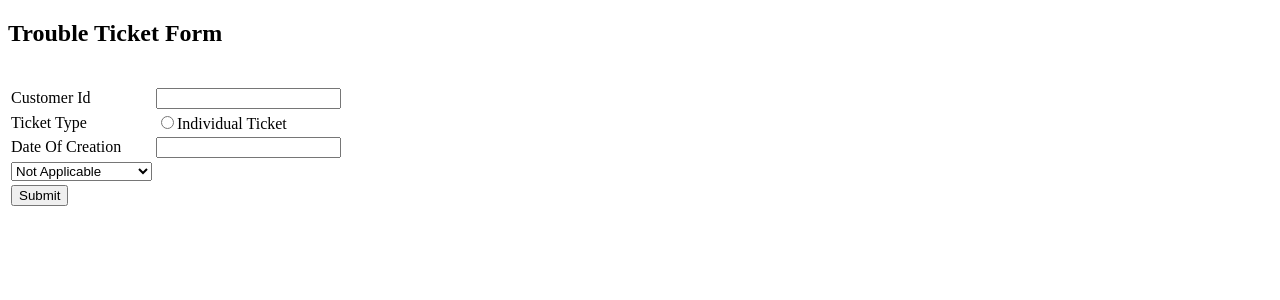
Repository: ApoorvaVeluri/JavaProject
Page: http://localhost/userinterface/Input.jsp
These files come from the project's save history. The page is drawn as it stood at one moment and after the next save; the edit follows.
The browser window is 1280 px wide. The pictures show the whole page.
The page is served by Tomcat 9. Other server files are loaded and not shown.

Above is the page before, as saved 2015-08-20 10:48:34.

### html/userinterface/WebContent/Input.jsp
<%@ page language="java" contentType="text/html; charset=ISO-8859-1"
	pageEncoding="ISO-8859-1"%>
<!DOCTYPE html PUBLIC "-//W3C//DTD HTML 4.01 Transitional//EN" "http://www.w3.org/TR/html4/loose.dtd">
<html>
<head>
<meta http-equiv="Content-Type" content="text/html; charset=ISO-8859-1">
<title>Insert title here</title>
</head>
<body>
	<h2>Trouble Ticket Form</h2>
	<form method="POST" action="">
		<table>
		<div align="center"><br></div>
			<tr>
				<td>Customer Id</td>
				<td><input type="text" name="customerid" /></td>
			</tr>


			<tr>
				<td>Ticket Type</td>
				<td><input type="radio" name="index" value="ticket_type" />Individual Ticket</td>

			</tr>

			<tr>
				<td>Date Of Creation</td>
				<td><input type="text" name="Date" /></td>
			</tr>

			<tr>
				<td><select name="Disposition Id">
					<option value="Not Applicable">Not Applicable</option>
					<option value="Technician Dispatch">Technician Dispatch</option>
					<option value="Device Dispatch">Device Dispatch</option>

				</select>
				</td>
			</tr>
			<tr>
				<td colspan="2"><input type="submit" value="Submit" /></td>
			</tr>
			</div>
		</table>
	</form>
</body>
</html>

After the next save:
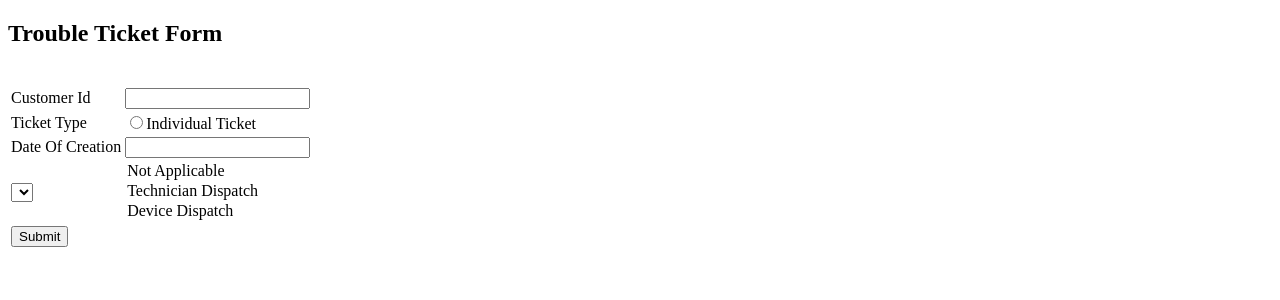
Saved 68 s later.
--- a/html/userinterface/WebContent/Input.jsp
+++ b/html/userinterface/WebContent/Input.jsp
@@ -29,8 +29,8 @@
 			</tr>
 
 			<tr>
-				<td><select name="Disposition Id">
-					<option value="Not Applicable">Not Applicable</option>
+				<td><select name="Disposition Id"></td>
+				<td>	<option value="Not Applicable">Not Applicable</option>
 					<option value="Technician Dispatch">Technician Dispatch</option>
 					<option value="Device Dispatch">Device Dispatch</option>
 

After the save that followed:
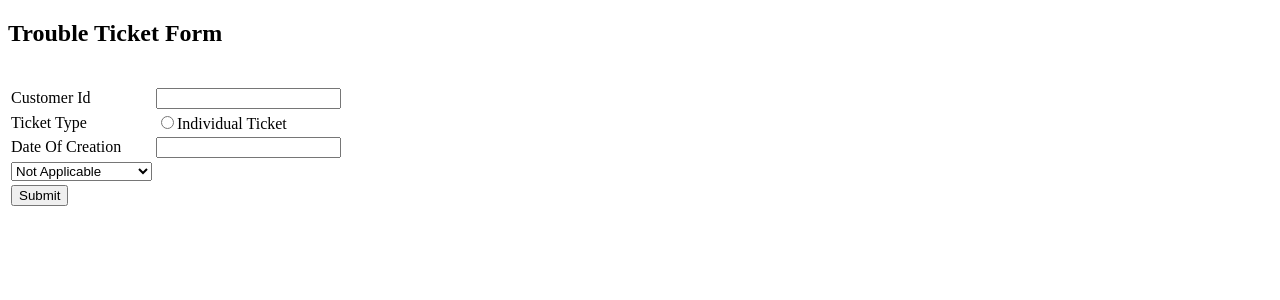
Saved 43 s later.
--- a/html/userinterface/WebContent/Input.jsp
+++ b/html/userinterface/WebContent/Input.jsp
@@ -29,8 +29,8 @@
 			</tr>
 
 			<tr>
-				<td><select name="Disposition Id"></td>
-				<td>	<option value="Not Applicable">Not Applicable</option>
+				<td><select name="Disposition Id">
+				<	<option value="Not Applicable">Not Applicable</option>
 					<option value="Technician Dispatch">Technician Dispatch</option>
 					<option value="Device Dispatch">Device Dispatch</option>
 
